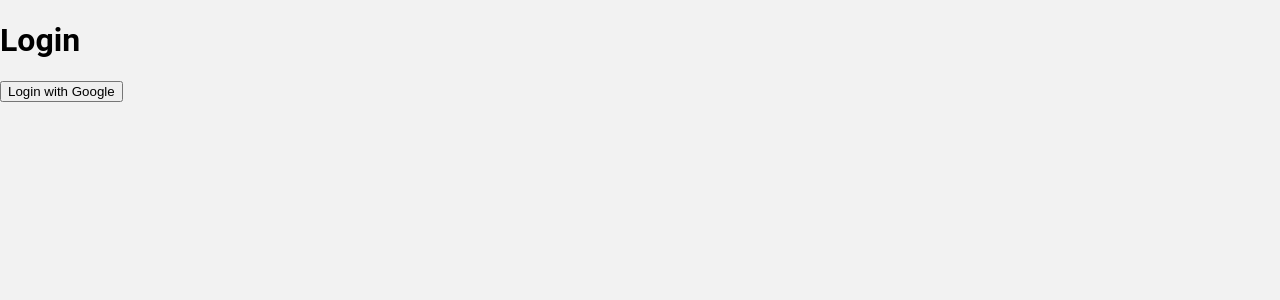
Repository: izhanlaraagarcia/OptiRuta
Page: / (app in OptiRuta/)
These files come from the project's save history. The page is drawn as it stood at one moment and after the next save; the edit follows.
The browser window is 1280 px wide. The pictures show the whole page.
The project was rebuilt for these pictures with package versions that can differ from the ones it lists, and the page was loaded fresh each time. Also part of the build but not shown: OptiRuta/vite.config.js, OptiRuta/src/components/Sidebar.jsx, OptiRuta/src/components/Dashboard.jsx, OptiRuta/src/components/RouteManagement.jsx, OptiRuta/src/components/UserSettings.jsx.

Above is the page before, as saved 2024-09-23 13:25:35.

After the next save:
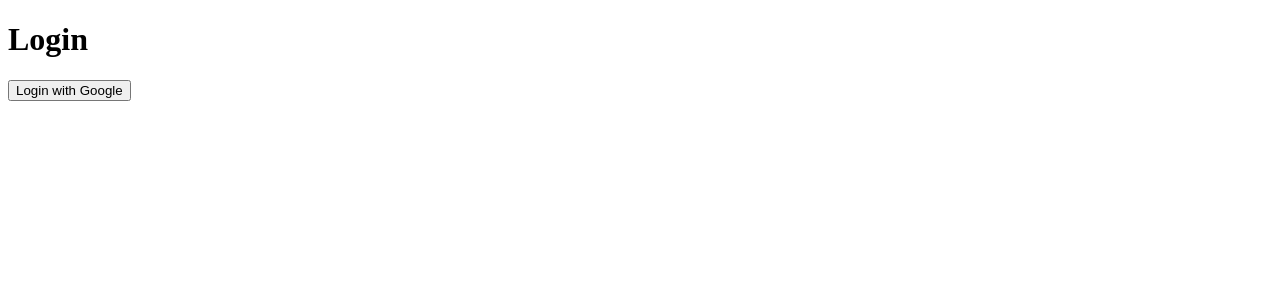
Saved 3 min 34 s later.
--- a/OptiRuta/src/index.css
+++ b/OptiRuta/src/index.css
@@ -1,39 +1,7 @@
-body {
-  font-family: 'Roboto', sans-serif;
-  margin: 0;
-  padding: 0;
-  background-color: #f2f2f2;
+:root {
+  --primary-color: #2D9CDB;
+  --secondary-color: #27AE60;
+  --accent-color: #F2C94C;
+  --font-primary: 'Roboto', sans-serif;
+  --font-size-base: 16px;
 }
-
-.App {
-  display: flex;
-  flex-direction: column;
-  height: 100vh;
-}
-
-
-.dashboard-container {
-  display: flex;
-}
-
-.dashboard-content {
-  padding: 20px;
-  flex: 1;
-}
-
-
-.sidebar {
-  width: 200px;
-  background-color: #2D9CDB;
-  height: 100vh;
-  color: white;
-}
-
-.sidebar ul {
-  list-style-type: none;
-  padding: 0;
-}
-
-.sidebar li {
-  padding: 15px;
-}
